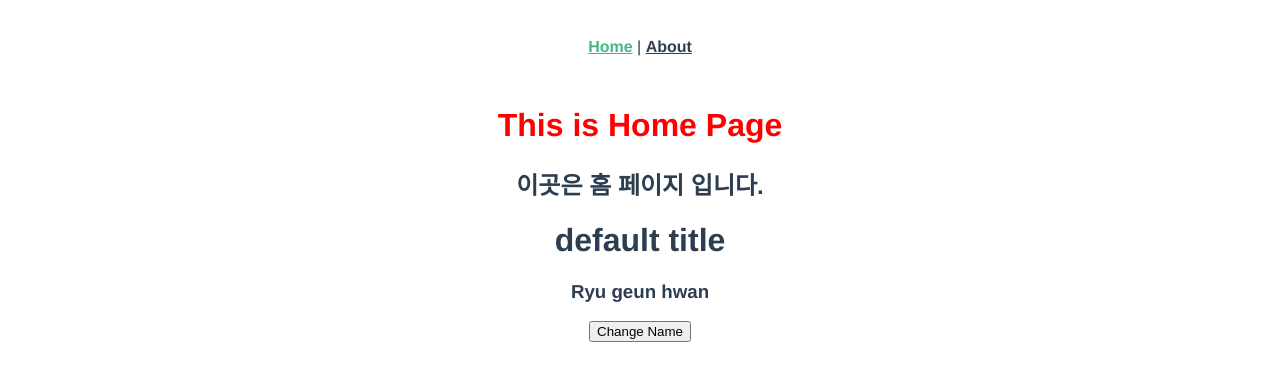
Repository: RyuGeunHwan/code_J
Page: / (app in vue-props/)
An editor plug-in stored every save of this project. The page is shown before and after the next save, followed by the edit.
The browser window is 1280 px wide. The pictures show the whole page.
The project was rebuilt for these pictures with package versions that can differ from the ones it lists, and the page was loaded fresh each time.

Above is the page before, as saved 2022-08-12 08:52:13.

### vue-props/src/views/Home.vue
<!-- template태그 : HTML이 들어가는 구역  -->
<template>
  <div>
    <h1>This is Home Page</h1>
    <h2>이곳은 홈 페이지 입니다.</h2>
    <KossieCoder myName="Ryu"/>
  </div>
</template>

<!-- script태그 : 옵션,데이터,computed,watch 등이 들어가는 구역 -->
<script>
import KossieCoder from '@/components/KossieCoder.vue';


export default {
  components: {
    // import한 컴포넌트를 사용하겠다는 설정
    KossieCoder
  }
}
</script>


<!-- style : CSS코드 -->
<!-- scoped를 넣어줘야 위에보이는 template의 html태그에 적용이 된다. scoped를 않넣으면 vue어플리케이션 전체에 적용이 된다.-->
<style scoped>
h1{
  color : red
}
</style>

### vue-props/src/components/KossieCoder.vue
<template>
    <div>
        <h1>{{title}}</h1>
        <h3>{{name}}</h3>
        <!-- <p>{{  name  }}</p> -->
        <button @click="updateName">Change Name</button>
    </div>
</template>

<script>
export default {
    props: {
        title: {
            type : String,
            required : false ,
            //required = 무조건 항상 보내줘야한다는것
            default: 'default title'
            //default : 자식컴포넌트에서 props를 받아오지 않아도 default로 보여줌.
        },
        name: {
            type : String,
            required : false,
            //required = 무조건 항상 보내줘야한다는것
            default: 'Ryu geun hwan'
            //default : 자식컴포넌트에서 props를 받아오지 않아도 default로 보여줌.
        }
    },
    data(){
        return{
            // name : 'Kossie Coder'
        }
    },
    methods: {
        updateName(){
            this.name = 'Kossie Coder Updated'
        }
    }

}
</script>

<style scoped>

</style>

Loaded but not shown: vue-props/public/index.html (common file); vue-props/src/main.js (common file); vue-props/src/App.vue (common file); vue-props/src/router/index.js (common file); vue-props/src/store/index.js (common file)

After the next save:
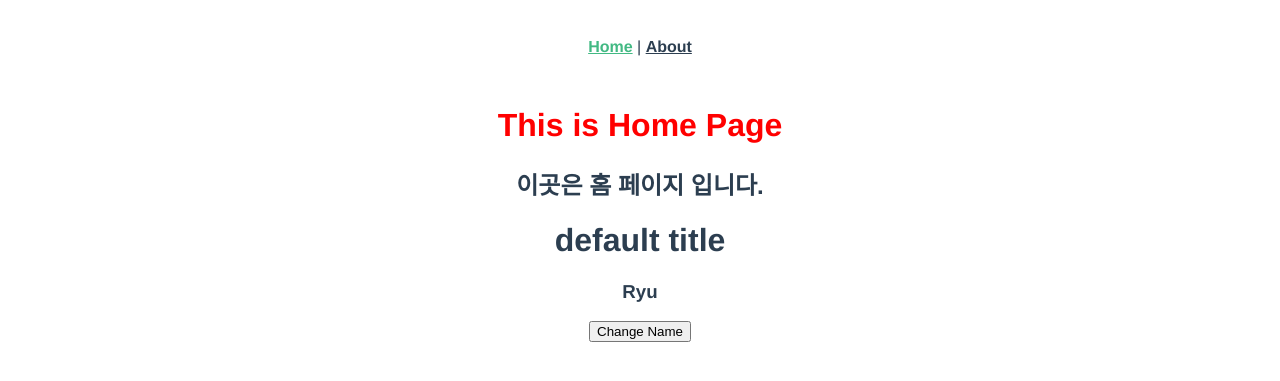
Saved 3 min 21 s later.
--- a/vue-props/src/views/Home.vue
+++ b/vue-props/src/views/Home.vue
@@ -3,7 +3,7 @@
   <div>
     <h1>This is Home Page</h1>
     <h2>이곳은 홈 페이지 입니다.</h2>
-    <KossieCoder myName="Ryu"/>
+    <KossieCoder name="Ryu"/>
   </div>
 </template>
 
